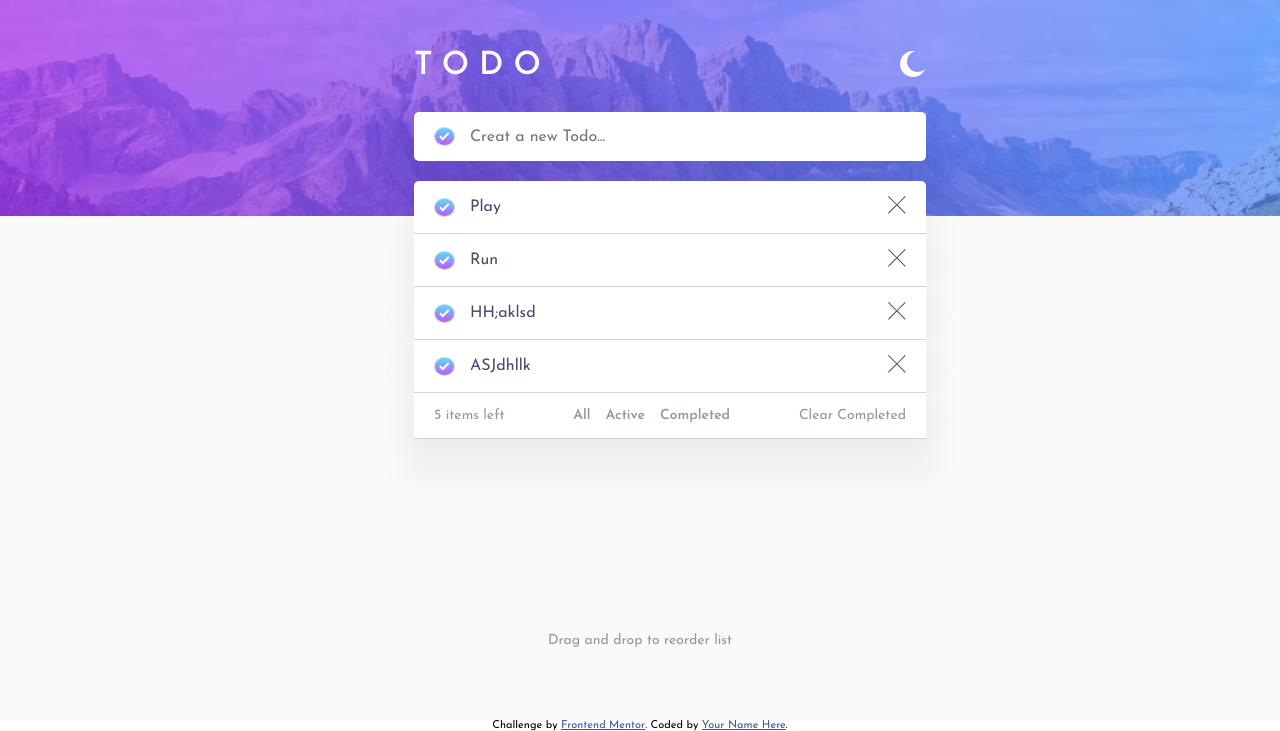
Repository: Baraajad231/Todo-app
Page: /
The author's editor kept a copy of each file at every save. The page is drawn from the files as they stood at one save, then again after the next save.
The browser window is 1280 px wide. The pictures show the whole page.
The project was rebuilt for these pictures with package versions that can differ from the ones it lists, and the page was loaded fresh each time. Also part of the build but not shown: vite.config.js.

Above is the page before, as saved 2025-12-30 17:11:07.

After the next save:
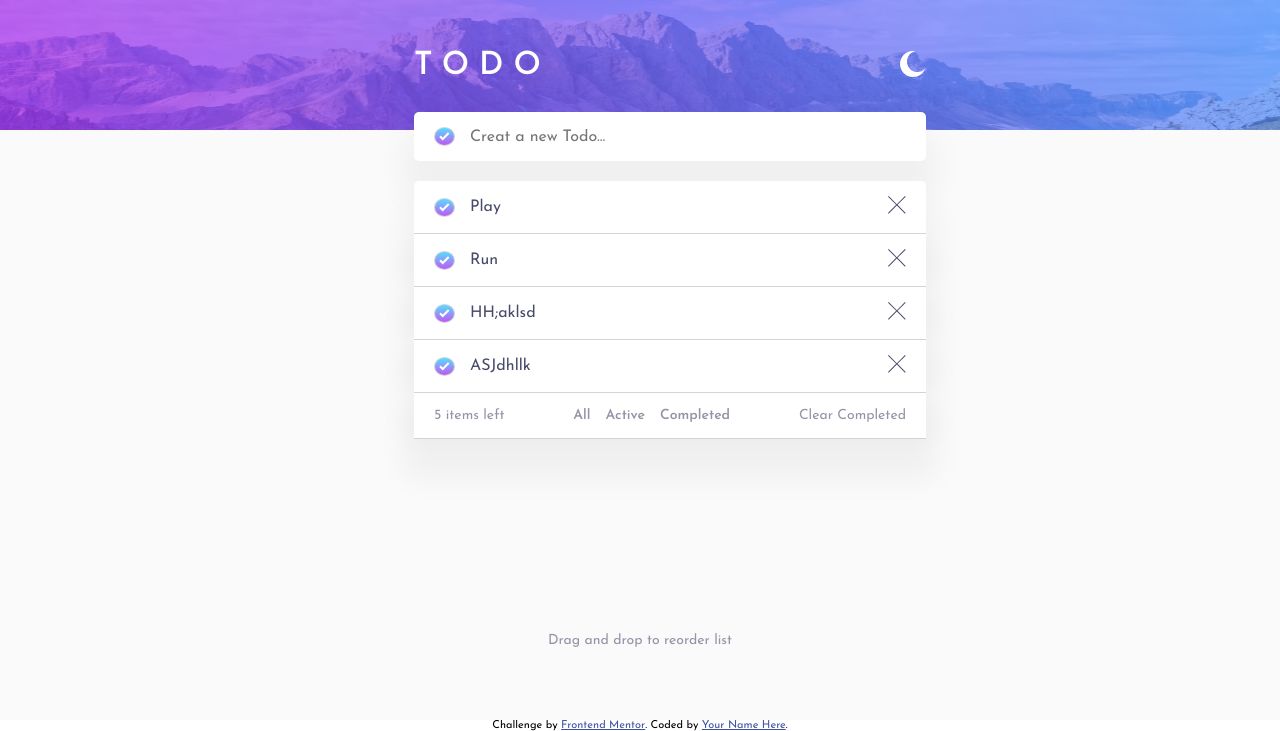
Saved 4 s later.
--- a/styles/style.scss
+++ b/styles/style.scss
@@ -87,7 +87,7 @@
     height: 30%;
   }
   @media (min-width: 768px) {
-    height: 30%;
+    height: 18%;
   }
 }
 
